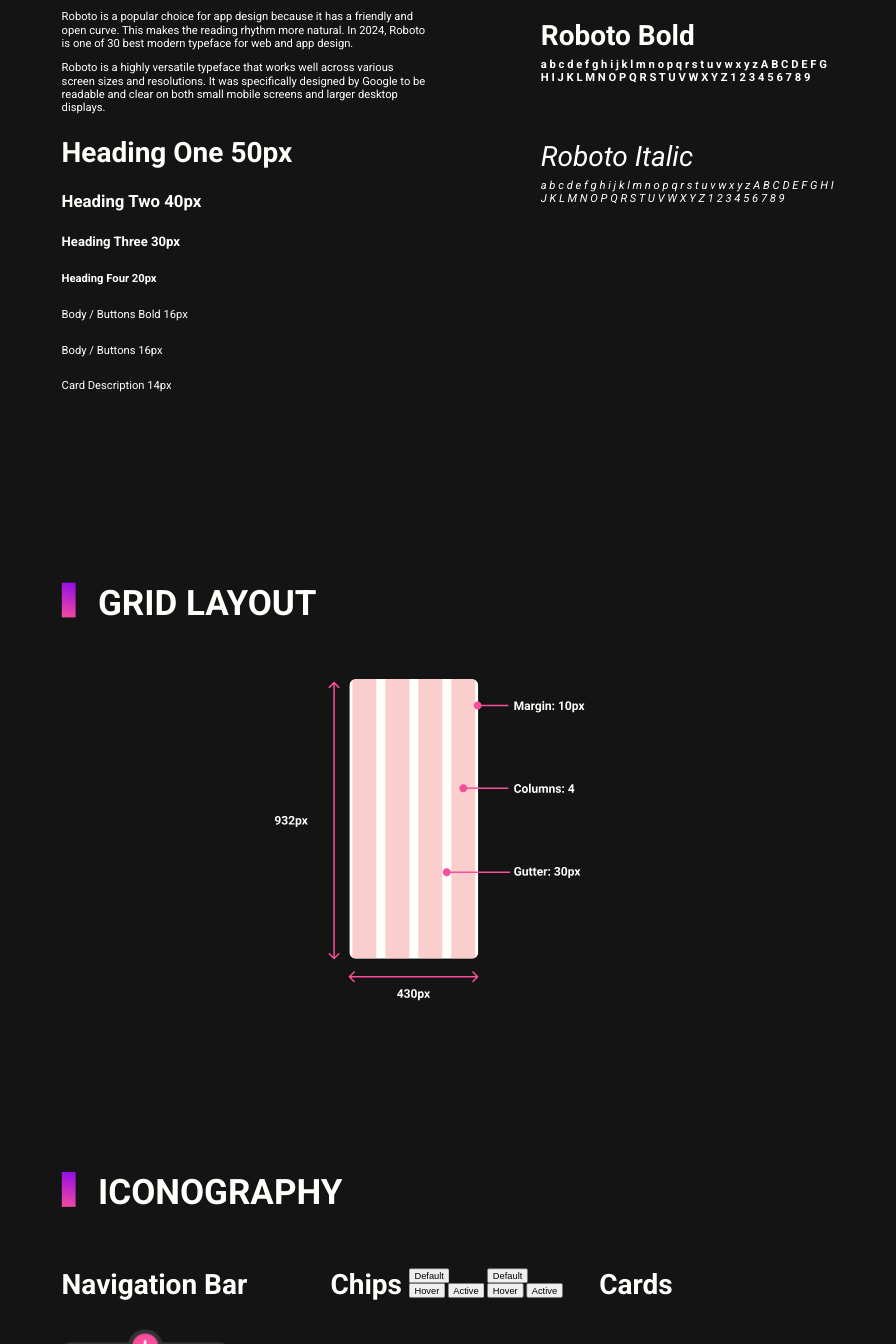
Repository: MonicaNguyenH/artflow_frontend_vanJS
Page: index.html
These files come from the project's save history. The page is drawn as it stood at one moment and after the next save; the edit follows.
The browser window is 1280 px wide. The pictures show the part of the page from y = 4580 to 6500 px (the page is 7111 px tall), at 70% of full size.
Some web fonts or font styles are not loaded; a fallback is used.

Above is the page before, as saved 2024-04-05 17:48:17.

After the next save:
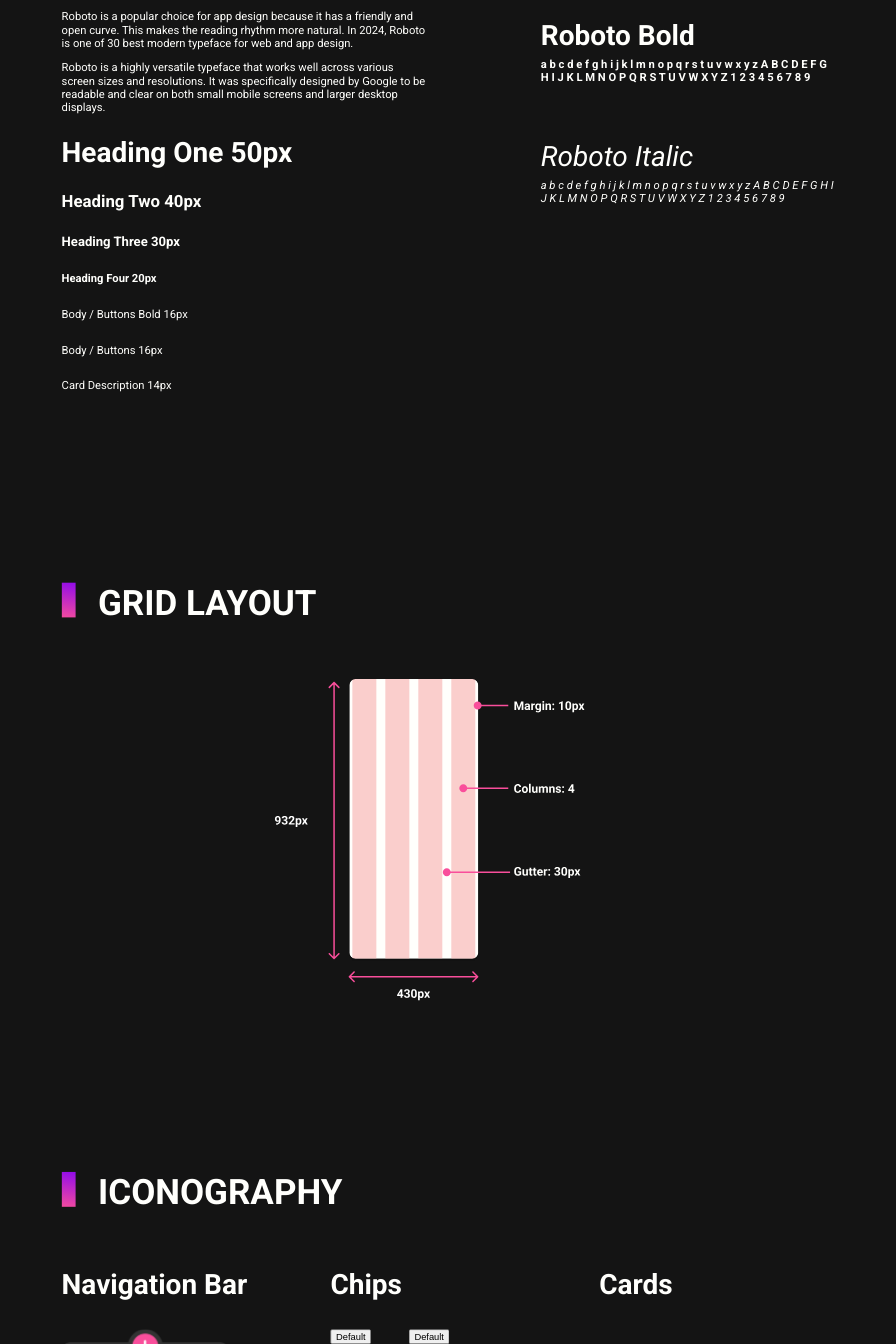
Saved 14 s later.
--- a/index.html
+++ b/index.html
@@ -274,7 +274,7 @@
                 </div>
                 <div class="col">
                     <div class="grid l-col-3">
-                        <p class="secHead">Chips</p>
+                        <p class="secHead l-row-span">Chips</p>
                         <div>
                             <button class="chip1-default">Default</button>
                             <button class="chip1-hover">Hover</button>
